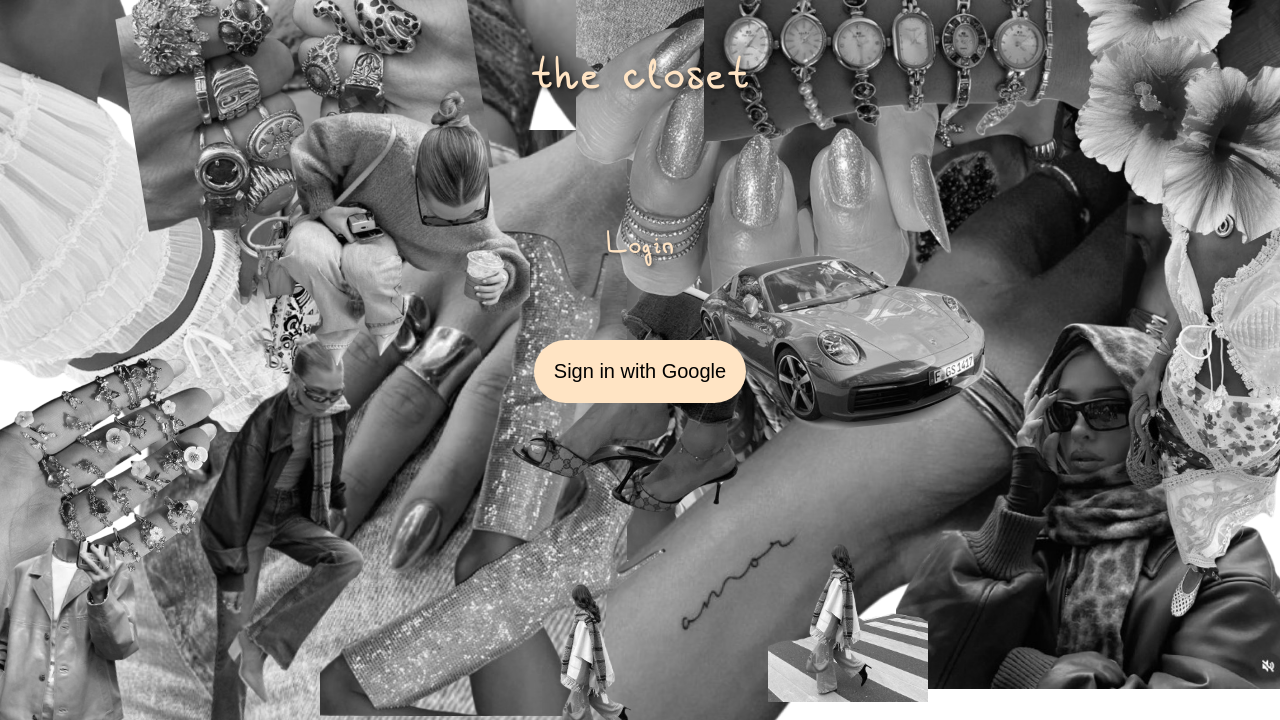
Repository: karla-sikavica/theCloset
Page: / (app in frontend/)
The author's editor kept a copy of each file at every save. The page is drawn from the files as they stood at one save, then again after the next save.
The browser window is 1280 px wide. The pictures show the whole page.
The project was rebuilt for these pictures with package versions that can differ from the ones it lists, and the page was loaded fresh each time. Also part of the build but not shown: frontend/vite.config.ts.

Above is the page before, as saved 2025-03-27 10:52:00.

After the next save:
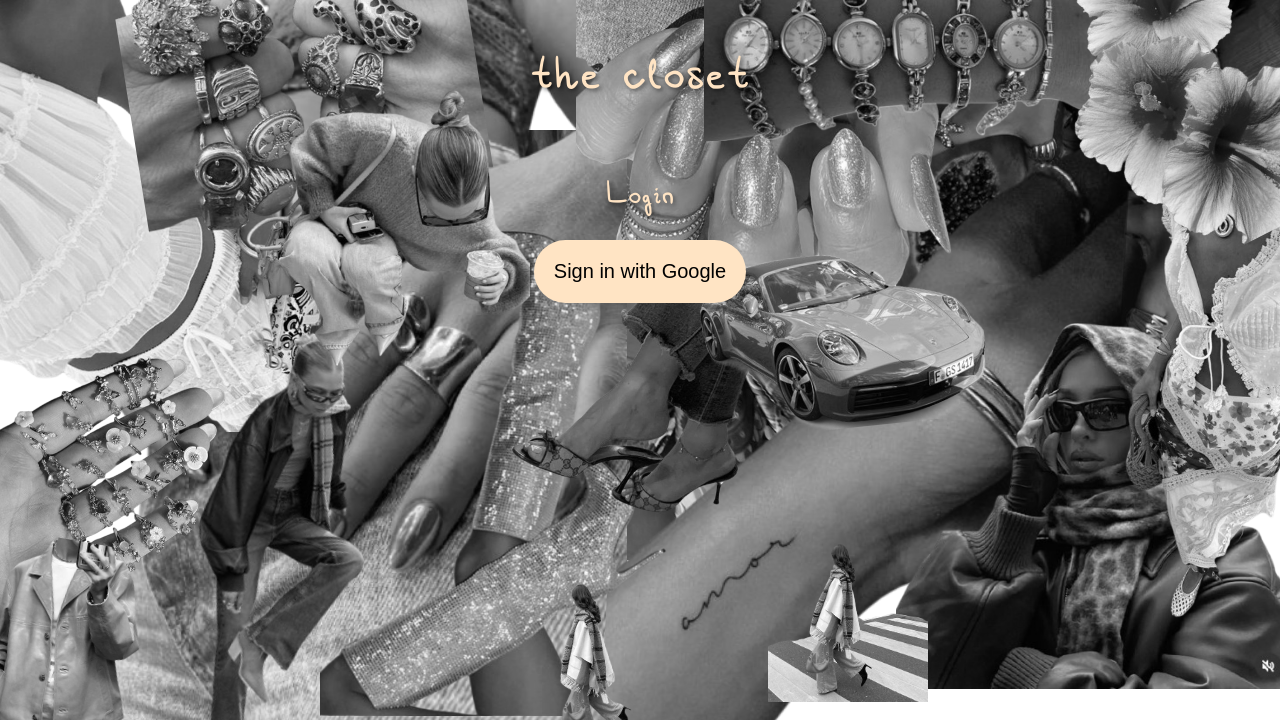
Saved 15 s later.
--- a/frontend/src/pages/Login.tsx
+++ b/frontend/src/pages/Login.tsx
@@ -4,7 +4,7 @@
   return (
     <div style={{ margin: "auto" }}>
       <h1 style={{ fontSize: 100, margin: 0 }}>the closet</h1>
-      <h2 style={{ fontSize: 60 }}>Login</h2>
+      <h2 style={{ fontSize: 60, margin: 0 }}>Login</h2>
       <div style={{ textAlign: "center" }}>
         <GoogleLogin></GoogleLogin>
       </div>
